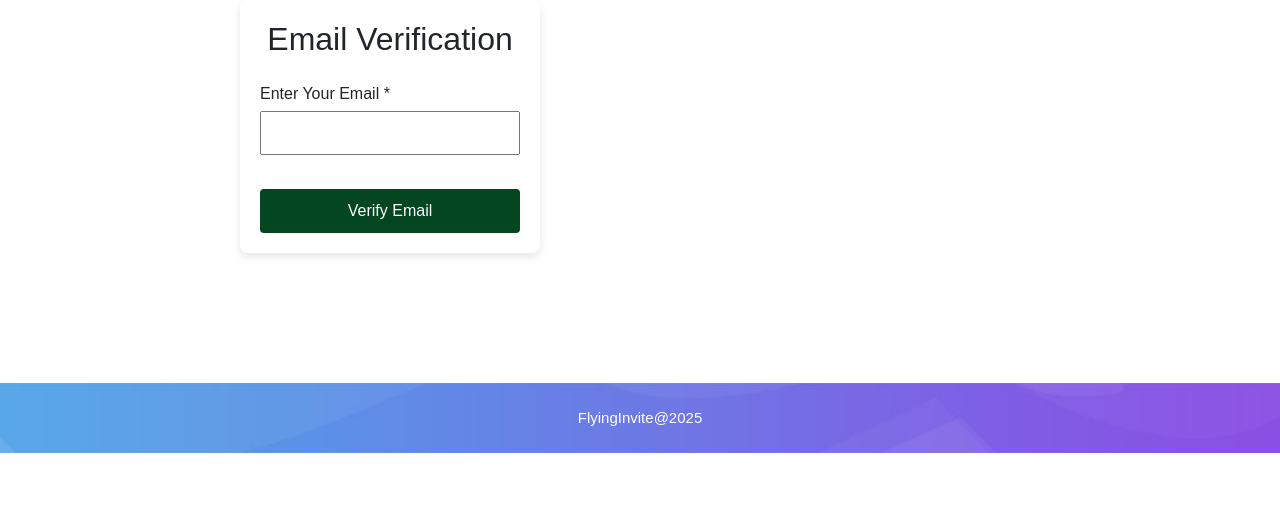
Repository: viraj7551/Flying-Invite-Project
Page: http://localhost/FlyingInvite/verifyEmail.jsp
These files come from the project's save history. The page is drawn as it stood at one moment and after the next save; the edit follows.
The browser window is 1280 px wide. The pictures show the whole page.
The page is served by Tomcat 9. Other server files are loaded and not shown.

Above is the page before, as saved 2025-04-20 09:16:43.

### FlyingInvite/WebContent/verifyEmail.jsp
<%@ page language="java" contentType="text/html; charset=ISO-8859-1"
    pageEncoding="ISO-8859-1"%>
<!DOCTYPE html>
<html>
<head>
  <meta charset="UTF-8">
  <meta name="viewport" content="width=device-width, initial-scale=1, shrink-to-fit=no">
  <meta name="description" content="">
  <meta name="author" content="">
  <link rel="preconnect" href="https://fonts.googleapis.com">
  <link rel="preconnect" href="https://fonts.gstatic.com" crossorigin>
  <link href="https://fonts.googleapis.com/css2?family=Poppins:wght@100;200;300;400;500;600;700;800;900&display=swap" rel="stylesheet">

  <title>Flying Invite | Name Suggestor</title>

  <!-- Bootstrap core CSS -->
  <link href="vendor/bootstrap/css/bootstrap.min.css" rel="stylesheet">


  <!-- Additional CSS Files -->
  <link rel="stylesheet" href="assets/css/fontawesome.css">
  <link rel="stylesheet" href="assets/css/app.css">
  <link rel="stylesheet" href="assets/css/animated.css">
  <link rel="stylesheet" href="assets/css/owl.css">
  <link rel="stylesheet" href="assets/css/style.css">
   <link rel="stylesheet" href="assets/css/style02.css">

  <script async src="https://www.googletagmanager.com/gtag/js?id=G-DZ4MP44ET9"></script>
<script>
  window.dataLayer = window.dataLayer || [];
  function gtag(){dataLayer.push(arguments);}
  gtag('js', new Date());

  gtag('config', 'G-DZ4MP44ET9');
</script>


</head>
<body>

   <%
      if(session.getAttribute("generatedOTP") != null){
    	  session.invalidate();
      }
   %>


 <!-- ***** Preloader Start ***** -->
  <div id="js-preloader" class="js-preloader">
    <div class="preloader-inner">
      <span class="dot"></span>
      <div class="dots">
        <span></span>
        <span></span>
        <span></span>
      </div>
    </div>
  </div>



    <div id="form-container">
        <h2>Email Verification</h2> <br>
        <form id="signup-form" method="POST" action="/Child_Name_Generator/VerifyEmail" onsubmit="return baby_name_generator()">
            <label for="email">Enter Your Email *</label>
            <input type="email" id="email" name="email" required><br>
            <button type="submit">Verify Email</button>
        </form>
    </div>



  <!-- Footer -->
  <footer>
    <div class="container">
      <div class="row">
        <div class="col-lg-12">
           <p>FlyingInvite@2025</p>
        </div>
      </div>
    </div>
  </footer>

  <!-- Scripts -->
  <script src="vendor/jquery/jquery.min.js"></script>
  <script src="vendor/bootstrap/js/bootstrap.bundle.min.js"></script>
  <script src="assets/js/owl-carousel.js"></script>
  <script src="assets/js/animation.js"></script>
  <script src="assets/js/imagesloaded.js"></script>
  <script src="assets/js/custom.js"></script>
  <script src="assets/js/app.js"></script>
</body>
</html>

### FlyingInvite/WebContent/assets/css/owl.css
/**
 * Owl Carousel v2.3.4
 * Copyright 2013-2018 David Deutsch
 * Licensed under: SEE LICENSE IN https://github.com/OwlCarousel2/OwlCarousel2/blob/master/LICENSE
 */
/*
 *  Owl Carousel - Core
 */
.owl-carousel {
  display: none;
  width: 100%;
  -webkit-tap-highlight-color: transparent;
  /* position relative and z-index fix webkit rendering fonts issue */
  position: relative;
  z-index: 1; }
  .owl-carousel .owl-stage {
    position: relative;
    -ms-touch-action: pan-Y;
    touch-action: manipulation;
    -moz-backface-visibility: hidden;
    /* fix firefox animation glitch */ }
  .owl-carousel .owl-stage:after {
    content: ".";
    display: block;
    clear: both;
    visibility: hidden;
    line-height: 0;
    height: 0; }
  .owl-carousel .owl-stage-outer {
    position: relative;
    overflow: hidden;
    /* fix for flashing background */
    -webkit-transform: translate3d(0px, 0px, 0px); }
  .owl-carousel .owl-wrapper,
  .owl-carousel .owl-item {
    -webkit-backface-visibility: hidden;
    -moz-backface-visibility: hidden;
    -ms-backface-visibility: hidden;
    -webkit-transform: translate3d(0, 0, 0);
    -moz-transform: translate3d(0, 0, 0);
    -ms-transform: translate3d(0, 0, 0); }
  .owl-carousel .owl-item {
    position: relative;
    min-height: 1px;
    float: left;
    -webkit-backface-visibility: hidden;
    -webkit-tap-highlight-color: transparent;
    -webkit-touch-callout: none; }
  .owl-carousel .owl-item img {
    display: block;
    width: 100%; }
  .owl-carousel .owl-nav.disabled,
  .owl-carousel .owl-dots.disabled {
    display: none; }
  .owl-carousel .owl-nav .owl-prev,
  .owl-carousel .owl-nav .owl-next,
  .owl-carousel .owl-dot {
    cursor: pointer;
    -webkit-user-select: none;
    -khtml-user-select: none;
    -moz-user-select: none;
    -ms-user-select: none;
    user-select: none; }
  .owl-carousel .owl-nav button.owl-prev,
  .owl-carousel .owl-nav button.owl-next,
  .owl-carousel button.owl-dot {
    background: none;
    color: inherit;
    border: none;
    padding: 0 !important;
    font: inherit; }
  .owl-carousel.owl-loaded {
    display: block; }
  .owl-carousel.owl-loading {
    opacity: 0;
    display: block; }
  .owl-carousel.owl-hidden {
    opacity: 0; }
  .owl-carousel.owl-refresh .owl-item {
    visibility: hidden; }
  .owl-carousel.owl-drag .owl-item {
    -ms-touch-action: pan-y;
        touch-action: pan-y;
    -webkit-user-select: none;
    -moz-user-select: none;
    -ms-user-select: none;
    user-select: none; }
  .owl-carousel.owl-grab {
    cursor: move;
    cursor: grab; }
  .owl-carousel.owl-rtl {
    direction: rtl; }
  .owl-carousel.owl-rtl .owl-item {
    float: right; }

/* No Js */
.no-js .owl-carousel {
  display: block; }

/*
 *  Owl Carousel - Animate Plugin
 */
.owl-carousel .animated {
  animation-duration: 1000ms;
  animation-fill-mode: both; }

.owl-carousel .owl-animated-in {
  z-index: 0; }

.owl-carousel .owl-animated-out {
  z-index: 1; }

.owl-carousel .fadeOut {
  animation-name: fadeOut; }

@keyframes fadeOut {
  0% {
    opacity: 1; }
  100% {
    opacity: 0; } }

/*
 * 	Owl Carousel - Auto Height Plugin
 */
.owl-height {
  transition: height 500ms ease-in-out; }

/*
 * 	Owl Carousel - Lazy Load Plugin
 */
.owl-carousel .owl-item {
  /**
			This is introduced due to a bug in IE11 where lazy loading combined with autoheight plugin causes a wrong
			calculation of the height of the owl-item that breaks page layouts
		 */ }
  .owl-carousel .owl-item .owl-lazy {
    opacity: 0;
    transition: opacity 400ms ease; }
  .owl-carousel .owl-item .owl-lazy[src^=""], .owl-carousel .owl-item .owl-lazy:not([src]) {
    max-height: 0; }
  .owl-carousel .owl-item img.owl-lazy {
    transform-style: preserve-3d; }

/*
 * 	Owl Carousel - Video Plugin
 */
.owl-carousel .owl-video-wrapper {
  position: relative;
  height: 100%;
  background: #000; }

.owl-carousel .owl-video-play-icon {
  position: absolute;
  height: 80px;
  width: 80px;
  left: 50%;
  top: 50%;
  margin-left: -40px;
  margin-top: -40px;
  background: url("owl.video.play.png") no-repeat;
  cursor: pointer;
  z-index: 1;
  -webkit-backface-visibility: hidden;
  transition: transform 100ms ease; }

.owl-carousel .owl-video-play-icon:hover {
  -ms-transform: scale(1.3, 1.3);
      transform: scale(1.3, 1.3); }

.owl-carousel .owl-video-playing .owl-video-tn,
.owl-carousel .owl-video-playing .owl-video-play-icon {
  display: none; }

.owl-carousel .owl-video-tn {
  opacity: 0;
  height: 100%;
  background-position: center center;
  background-repeat: no-repeat;
  background-size: contain;
  transition: opacity 400ms ease; }

.owl-carousel .owl-video-frame {
  position: relative;
  z-index: 1;
  height: 100%;
  width: 100%; }

### FlyingInvite/WebContent/assets/css/style.css
/* Aligns the heading text to the center. */

h1 {
    text-align: center;
  }

  /* Sets the width for the accordion. Sets the margin to 90px on the top and bottom and auto to the left and right */
.accordion-body{
    margin-top: 100px;
}


.navigate_section{
    margin: 90px auto;
}

#navigateHeader{
  display: none;
}
#navigateBtn{
  padding: 20px;
  background-color: #213448;
  color: #fff;
  margin-left: 350px;
  margin-top: 170px;
  margin-bottom: 170px;
  border-radius: 5px;
  width: max-content;
}
.blink_me{
  animation: blinker 1s linear infinite;
}

@keyframes blinker {
  50% {
    opacity: 0;
  }
}

#coming_soon_header{
  padding: 20px;
  color: #213448;
  margin-left: 350px;
  margin-top: 170px;
  margin-bottom: 170px;
  border-radius: 5px;
  width: max-content;
}

#navigateBtn:hover {
   background-color: #27548A;
}

  .accordion {
    width: 800px;
    margin: 90px auto;
    color: black;
    background-color: white;
    padding: 45px 45px;
  }

  .accordion .container {
    position: relative;
    margin: 10px 10px;
  }

  /* Positions the labels relative to the .container. Adds padding to the top and bottom and increases font size. Also makes its cursor a pointer */

  .accordion .label {
    position: relative;
    padding: 10px 0;
    font-size: 24px;
    color: black;
    cursor: pointer;
  }

  /* Positions the plus sign 5px from the right. Centers it using the transform property. */

.accordion .label::before {
    content: '+';
    color: black;
    position: absolute;
    top: 50%;
    right: -5px;
    font-size: 24px;
    transform: translateY(-50%);
  }

  /* Hides the content (height: 0), decreases font size, justifies text and adds transition */

  .accordion .content {
    position: relative;
    background: white;
    height: 0;
    font-size: 16px;
    text-align: justify;
    width: 780px;
    overflow: hidden;
    transition: 0.5s;
  }

  /* Adds a horizontal line between the contents */

  .accordion hr {
    width: 100;
    margin-left: 0;
    border: 1px solid grey;
  }

  /* Unhides the content part when active. Sets the height */

.accordion .container.active .content {
    height: 90px;
  }




  /* Changes from plus sign to negative sign once active */

  .accordion .container.active .label::before {
    content: '-';
    font-size: 30px;
  }


 @media (max-width: 1200px) {
    #navigateBtn{
      margin-left: 180px;
     }
  }

 @media only screen and (max-width: 1024px) {
    #coming_soon_header{
      margin-left: 180px;
    }
}

 @media only screen and (max-width: 1180px) {
    #coming_soon_header{
      margin-left: 180px;
    }
  }


  @media (max-width: 992px) {


    .accordion .container.active .content{
      width: auto;
      height: 100px;
    }

    #navigateBtn{
    margin-left: 55px;
   }
  }

   @media only screen and (max-width: 932px) and (min-width: 740px){
  #navigateBtn{
    margin-left: 135px;
   }

   #navigateHeader{
    display: block;
    margin-left: 110px;
  }
  #coming_soon_header{
    margin-left: 110px;
  }
 }



  @media (max-width: 767px){

    .accordion{
        width: auto;
    }
    .accordion .label {
        font-size: 16px;
      }

      .accordion .content {
        font-size: 14px;
        text-align: justify;
        width: 200px;
        overflow: hidden;
      }

      #navigateHeader{
        display: block;
        margin-left: 20px;
      }

      #coming_soon_header{
        margin-left: 20px;
      }
  }

    @media only screen and (max-width: 360px){
      #navigateHeader{
        display: block;
        margin-left: 60px;
      }
  }

### FlyingInvite/WebContent/assets/css/style02.css
@charset "ISO-8859-1";

    /* styles.css */
body {
    font-family: Arial, sans-serif;

}

#form-container {
	margin-left: 240px;
    background-color: white;
    padding: 20px;
    border-radius: 8px;
    box-shadow: 0px 4px 8px rgba(0, 0, 0, 0.1);
    width: 300px;
    text-align: center;
}

form {
    display: flex;
    flex-direction: column;
    align-items: flex-start;
}

label {
    margin-bottom: 5px;
}

input {
    padding: 8px;
    margin-bottom: 10px;
    width: 100%;
    box-sizing: border-box;
}

select{
    padding: 8px;
    margin-bottom: 25px;
    width: 100%;
    box-sizing: border-box;
}

select > option{
    padding: 15px;
}

.caste_preference{
    display: flex;
    width: 100%;
    margin-bottom: 5px;
}

.starting_letter_specific{
    display: flex;
    width: 100%;
    margin-bottom: 5px;
}

.error{
    margin-top: -30px;
    margin-bottom: 20px;
    color: red;
    font-size: 14px;
    display: none;
}

button {
    padding: 10px;
    background-color: #03461f;
    color: white;
    border: none;
    border-radius: 4px;
    cursor: pointer;
    width: 100%;
}

button:hover {
    background-color: #03751ac4;
}

Loaded but not shown: FlyingInvite/WebContent/assets/css/fontawesome.css (library); FlyingInvite/WebContent/assets/css/animated.css (common file); FlyingInvite/WebContent/assets/js/owl-carousel.js (3448 lines, source omitted); FlyingInvite/WebContent/assets/js/imagesloaded.js (496 lines, source omitted); FlyingInvite/WebContent/assets/js/animation.js (193 lines, source omitted); FlyingInvite/WebContent/assets/js/custom.js (172 lines, source omitted); FlyingInvite/WebContent/assets/js/app.js (7 lines, source omitted); FlyingInvite/WebContent/assets/css/app.css (2123 lines, source omitted)

After the next save:
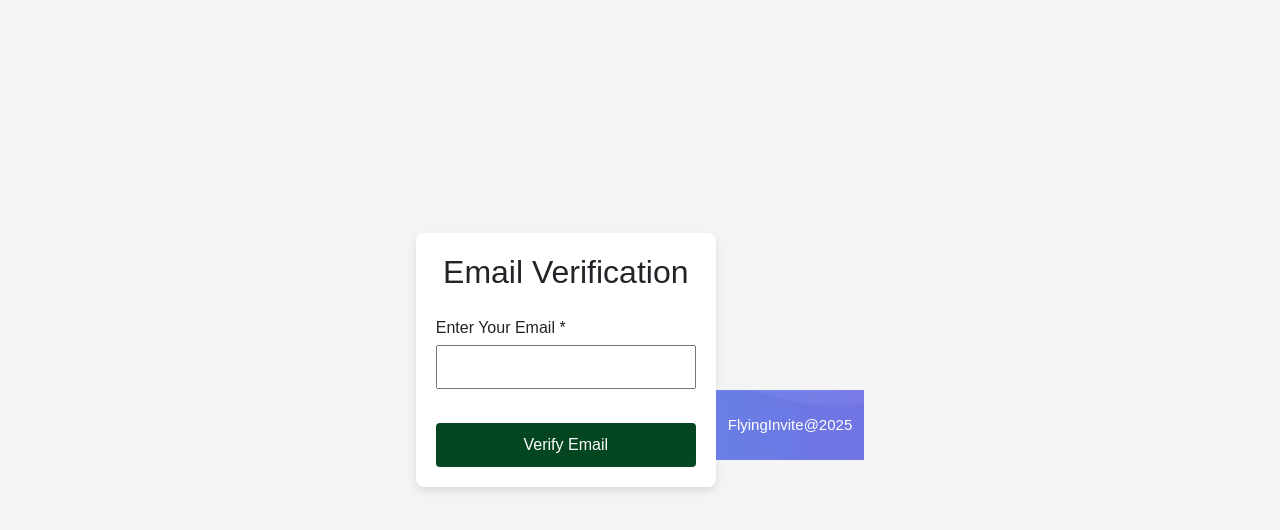
Saved 29 s later.
--- a/FlyingInvite/WebContent/assets/css/style02.css
+++ b/FlyingInvite/WebContent/assets/css/style02.css
@@ -3,11 +3,15 @@
     /* styles.css */
 body {
     font-family: Arial, sans-serif;
-
+    display: flex;
+    justify-content: center;
+    align-items: center;
+    height: 100vh;
+    margin: 0;
+    background-color: #f4f4f4;
 }
 
 #form-container {
-	margin-left: 240px;
     background-color: white;
     padding: 20px;
     border-radius: 8px;
